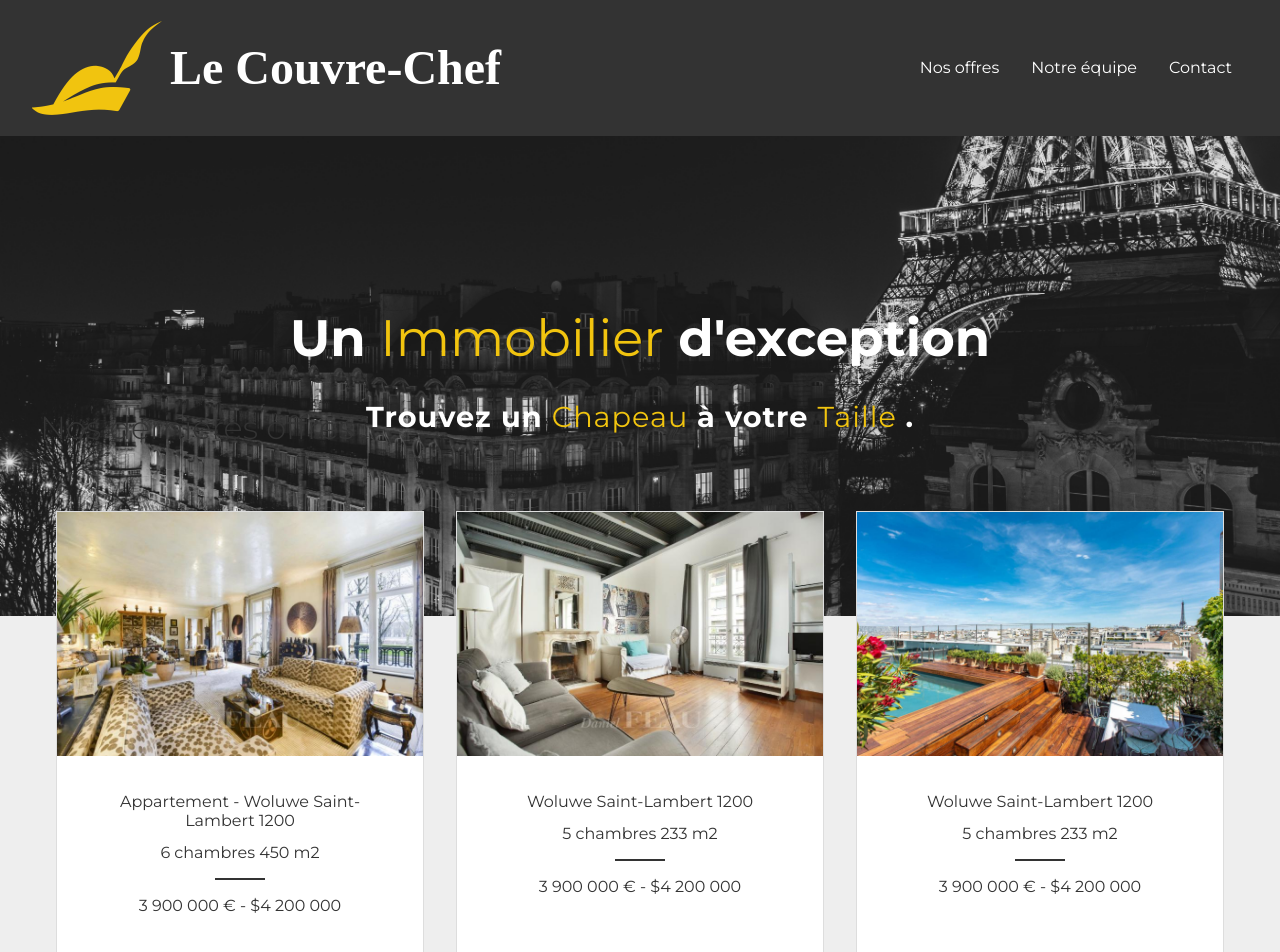
Repository: Hiliyeh/immo
Page: index.html
These files come from the project's save history. The page is drawn as it stood at one moment and after the next save; the edit follows.
The browser window is 1280 px wide. The pictures show the part of the page from y = 0 to 952 px (the page is 3707 px tall before and 3915 px after).
Some web fonts or font styles are not loaded; a fallback is used. Some web libraries are served in a nearby version.

Above is the page before, as saved 2020-05-06 15:39:22.

### index.html
<!DOCTYPE html>
<html lang="fr">
  <head>
    <meta charset="UTF-8" />
    <meta name="viewport" content="width=device-width, initial-scale=1.0" />
    <meta http-equiv="X-UA-Compatible" content="ie=edge" />
    <link rel="stylesheet" href="css/style.css" />
    <link
      rel="stylesheet"
      media="only screen and (max-width: 500px)"
      href="css/style.mobile.css"
    />
    <link
      href="https://fonts.googleapis.com/css?family=Long+Cang|Montserrat:300,400,700&display=swap"
      rel="stylesheet"
    />
    <script
      src="https://kit.fontawesome.com/83f4286022.js"
      crossorigin="anonymous"
    ></script>
    <title>Le Couvre-Chef</title>
  </head>
  <body>
    <div class="vp-container">
      <header>
        <h2 class="vp-logo">
          <i class="fab fa-pied-piper-hat"></i>
          <a href="#">Le Couvre-Chef</a>
        </h2>
        <ul>
          <li><a href="#offer">Nos offres</a></li>
          <li><a href="#team">Notre équipe</a></li>
          <li><a href="#contact">Contact</a></li>
        </ul>
      </header>
      <section class="vp">
        <div class="vp-content">
          <h1>Un <strong>Immobilier</strong> d'exception</h1>
          <p>
            Trouvez un <strong> Chapeau </strong> à votre
            <strong>Taille </strong>.
          </p>
        </div>
      </section>
      <!-- ... -->
      <section id="offer" class="offer">
        <div class="container">
          <h2 class="title">Nos dernieres offres</h2>
          <ul class="offer-list">
            <li class="offer-elem">
              <img
                src="./img/house-1.jpg"
                alt="house-1"
                class="offer-elem-img"
              />
              <div class="offer-elem-text">
                <p>Appartement - Woluwe Saint-Lambert 1200</p>
                <p>6 chambres 450 m2</p>
                <div class="offer-separator"></div>
                <p>3 900 000 € - $4 200 000</p>
              </div>
            </li>
            <li class="offer-elem">
              <img
                src="./img/house-2.jpg"
                alt="house-2"
                class="offer-elem-img"
              />
              <div class="offer-elem-text">
                <p>Woluwe Saint-Lambert 1200</p>
                <p>5 chambres 233 m2</p>
                <div class="offer-separator"></div>
                <p>3 900 000 € - $4 200 000</p>
              </div>
            </li>
            <li class="offer-elem">
              <img
                src="./img/house-3.jpg"
                alt="house-3"
                class="offer-elem-img"
              />
              <div class="offer-elem-text">
                <p>Woluwe Saint-Lambert 1200</p>
                <p>5 chambres 233 m2</p>
                <div class="offer-separator"></div>
                <p>3 900 000 € - $4 200 000</p>
              </div>
            </li>
          </ul>
        </div>
      </section>
      <!-- ... -->
      <!-- ... -->
      <section id="team" class="who">
        <div class="who-content-img"></div>

        <div class="who-content-text bg-dark">
          <h2>
            Une équipe de <strong>professionnels</strong> avec plus de 10 ans
            d'expérience
          </h2>
          <p>
            Lorem ipsum dolor sit amet consectetur adipisicing elit. Molestiae
            aliquam commodi expedita exercitationem recusandae minima blanditiis
            facilis et, distinctio voluptatibus laborum itaque voluptate vel
            earum ipsum totam dolorum veniam. Iusto repellat labore quisquam
            dicta ad doloribus inventore corrupti voluptas eligendi cupiditate
            at assumenda vitae, facere provident, deserunt beatae, consequuntur
            officiis?
          </p>
        </div>
      </section>
      <!-- ... -->
      <!-- ... -->
      <section class="testimonials">
        <div class="container">
          <div class="testimonials-content">
            <h2 class="title">Voici ce qu'ils pensent de nous</h2>
            <div class="testimonials-elem">
              <div class="testimonials-elem-text">
                <p>
                  <i class="fas fa-quote-left"></i>
                  Lorem ipsum, dolor sit amet consectetur adipisicing elit.
                  Velit, aperiam.
                  <i class="fas fa-quote-right"></i>
                </p>
              </div>
              <div class="testimonials-elem-profil">
                <img src="./img/person-3.jpg" alt="person-1" />
                <p>Jean Dupont</p>
                <em>CEO du gang</em>
              </div>
            </div>
            <div class="testimonials-elem testimonials-elem-reverse">
              <div class="testimonials-elem-profil">
                <img src="./img/person-2.jpg" alt="person-2" />
                <p>Arthur Lac</p>
                <em>Développeur Web</em>
              </div>
              <div class="testimonials-elem-text">
                <p>
                  <i class="fas fa-quote-left"></i>
                  Lorem, ipsum dolor sit amet consectetur adipisicing elit.
                  Recusandae illo quam saepe veritatis omnis quaerat ullam
                  animi. Alias excepturi velit maiores, adipisci incidunt labore
                  voluptatum quod, autem, architecto cupiditate id tempore
                  soluta ullam quia recusandae? Culpa, eius, voluptates corrupti
                  deleniti incidunt omnis error nulla perferendis blanditiis
                  quasi, perspiciatis iure vel?
                  <i class="fas fa-quote-right"></i>
                </p>
              </div>
            </div>
            <div class="testimonials-elem">
              <div class="testimonials-elem-text">
                <p>
                  <i class="fas fa-quote-left"></i>
                  Lorem ipsum dolor sit amet, consectetur adipisicing elit. Nam
                  exercitationem aut, reiciendis dolor, dolorem eius animi atque
                  maxime deleniti distinctio ex inventore rem cupiditate nostrum
                  a omnis, illum quasi delectus.
                  <i class="fas fa-quote-right"></i>
                </p>
              </div>
              <div class="testimonials-elem-profil">
                <img src="./img/person-1.jpg" alt="person-3" />
                <p>Julie Roux</p>
                <em>inconnue au bataillon</em>
              </div>
            </div>
          </div>
        </div>
      </section>
      <!-- ... -->
      <!-- ... -->
      <section id="contact" class="contact bg-dark">
        <form action="#" class="contact-form">
          <h2 class="title">Pour nous <strong>contacter</strong></h2>
          <input type="text" placeholder="Nom" name="name" id="name" />
          <input type="email" placeholder="Email" name="email" id="email" />
          <input
            type="text"
            placeholder="Votre message ..."
            name="message"
            id="message"
          />
          <div>
            <button>Soumettre</button>
          </div>
        </form>
      </section>
      <footer>
        <p>Copyright © 2020 Hiliyeh Bashir</p>
      </footer>
      <!-- ... -->
    </div>
  </body>
</html>

### css/style.CSS
* {
  margin: 0;
  padding: 0;
  box-sizing: border-box;
}

body {
  font-family: "Montserrat", sans-serif;
}

p {
  margin-bottom: 0.8rem;
}

h1,
h2,
h3,
h4 {
  margin-bottom: 1rem;
}

a {
  color: #333;
  text-decoration: none;
}


/* vp + header */

.vp-container {
  min-height: 100vh;
  display: flex;
  flex-direction: column;
}

header {
  padding: 1rem 2rem;
  background: #333;
  display: flex;
  flex-flow: row nowrap;
  justify-content: space-between;
  line-height: 1.8rem;
}

.vp-logo {
  margin-bottom: 0;
  font-family: "Long Cang", cursive;
  display: flex;
  flex-flow: row nowrap;
  justify-content: center;
  align-items: center;
}

.vp-logo i {
  color: #f1c40f;
  font-size: 6.5rem;
  margin-right: 0.5rem;
}

.vp-logo a {
  font-size: 3rem;
}

header ul {
  display: flex;
  flex-flow: row nowrap;
  align-items: center;
  list-style: none;
}

header ul li {
  padding: 1rem;
}

header ul li a:hover {
  color: #f1c40f;
}

header a {
  color: white;
}


/* ... */
strong {
  color: #f1c40f;
  font-weight: 400;
}
/* ... */
.vp {
  flex: auto;
  display: flex;
  flex-direction: column;
  justify-content: center;
  align-items: center;
  margin-bottom: -23rem;
  background: url("../img/frame.jpg") center/cover;
  min-height:30rem ;
}

.vp-content {
  max-width: 800px;
  text-align: center;
  color: white;
}

.vp-content h1 {
  font-size: 3.2rem;
  margin-bottom: 2rem;
}

.vp-content p {
  font-size: 1.8rem;
  font-weight: 600;
  letter-spacing: 1px;
  line-height: 2rem;
}
/* ... */
body {
  font-family: "Montserrat", sans-serif;
  background: #eee;
  color: #333;
}
/* ... */
ul {
  list-style: none;
}
/* ... */
/* class  */
.container {
  display: block;
  max-width: 1200px;
  margin: auto;
}

.title {
  font-weight: 300;
  font-size: 2rem;
  margin-bottom: 3rem;
}

/* ... */

/* Offer */

.offer {
  padding: 10rem 1rem;
}

.offer-list {
  display: flex;
  flex-flow: row nowrap;
  justify-content: space-between;
}

.offer-elem {
  border: 1px solid #ddd;
  background: white;
  margin: 1rem;
  flex: 1;
}

.offer-elem-img {
  width: 100%;
}

.offer-elem-text {
  padding: 2rem;
  text-align: center;
}

.offer-separator {
  margin: 1rem auto;
  height: 2px;
  width: 50px;
  background: #333;
}
/* ... */
/* class  */
/* ... */
.bg-dark {
  background: #333;
  color: white;
}
/* ... */
/* who */

.who {
  display: flex;
  flex-flow: row nowrap;
  min-height: 600px;
}

.who-content-img {
  flex: 1;
  background: url("../img/team.jpg") center/cover ;
}
.who-content-img img {
  width: 100%;

}

.who-content-text {
  flex: 1;
  padding: 4rem;
  display: flex;
  flex-direction: column;
  justify-content: center;
}

.who-content-text h2 {
  margin-bottom: 2rem;
}

.who-content-text p {
  font-size: 1.3rem;
  line-height: 1.8rem;
}

/* ... */
em {
  color: #555;
}
/* ... */
/* testimonials */

.testimonials {
  padding: 5rem 1rem;
}

.testimonials-content {
  display: flex;
  flex-direction: column;
}

.testimonials-elem {
  flex: 1;
  background: white;
  border-radius: 5px;
  padding: 2rem;
  display: flex;
  flex-flow: row nowrap;
  justify-content: space-between;
  align-items: center;
  margin-bottom: 1rem;
}

.testimonials-elem-text {
  padding: 0 2rem;
}
.testimonials-elem-text p i {
  margin: 0.2rem;
}

.testimonials-elem-profil-text p {
  font-weight: 700;
  margin-bottom: 0.5rem;
}

.testimonials-elem-profil img {
  width:100px;
  border-radius: 50px;
  margin-bottom: 0.5rem;
}

/* ... */
/* contact */

.contact {
  padding: 10rem 1rem;
  display: flex;
  flex-direction: column;
  align-items: center;
}

.contact-form {
  max-width: 600px;
  display: flex;
  flex-direction: column;
  width: 100%;
}

.contact-form input {
  background: #333;
  border: 0;
  border-bottom: 1px solid #555;
  padding: 1rem;
  font-size: 1.3rem;
  color: white;
  outline: 0;
  margin-bottom: 1rem;
}

.contact-form button {
  display: block;
  margin: 3rem auto;
  padding: 1rem 2rem;
  border: 0;
  border-radius: 30px;
  background: #f1c40f;
  color: white;
  font-weight: 700;
  font-size: 1.3rem;
  cursor: pointer;
}

.contact-form button:hover {
  background: red;
}

/* footer */

footer {
  background: #444;
  padding: 5rem 1rem;
  color: white;
  text-align: center;
}

footer p {
  margin-bottom: 0;
}

### css/style.mobile.css
@media (max-width: 500px) {
  /* class */

  .title {
    text-align: center;
  }

  /* vp + header */

  header {
    flex-direction: column;
  }

  header ul {
    flex-direction: column;
    text-align: center;
  }

  header ul li {
    margin-top: 1.5rem;
    padding: 0.5rem;
    border-bottom: 1px dotted #ddd;
  }

  .vp-content h1 {
    padding-top: 1rem;
    font-size: 2rem;
    margin-bottom: 2rem;
  }

  .vp-content p {
    font-size: 1.5rem;
    font-weight: 400;
  }

  /* offer */

  .offer {
    padding: 5rem 1rem;
    text-align: center;
  }

  .offer-list {
    flex-direction: column;
  }

  /* who */

  .who {
    flex-direction: column-reverse;
  }

  .who-content-img {
    min-height: 300px;
  }

  .who-content-text {
    padding: 4rem 2rem;
  }

  /* testimonials */

  .testimonials-elem {
    flex-direction: column;
  }

  .testimonials-elem-reverse {
    flex-direction: column-reverse;
  }

  .testimonials-elem-profil-text {
    text-align: center;
  }

  .testimonials-elem-profil img {
    display: block;
    margin: 2rem auto;
  }

  /* contact */

  .contact {
    padding: 5rem 1rem;
  }

  .contact-form button {
    margin: 3rem auto 0 auto;
  }
}

After the next save:
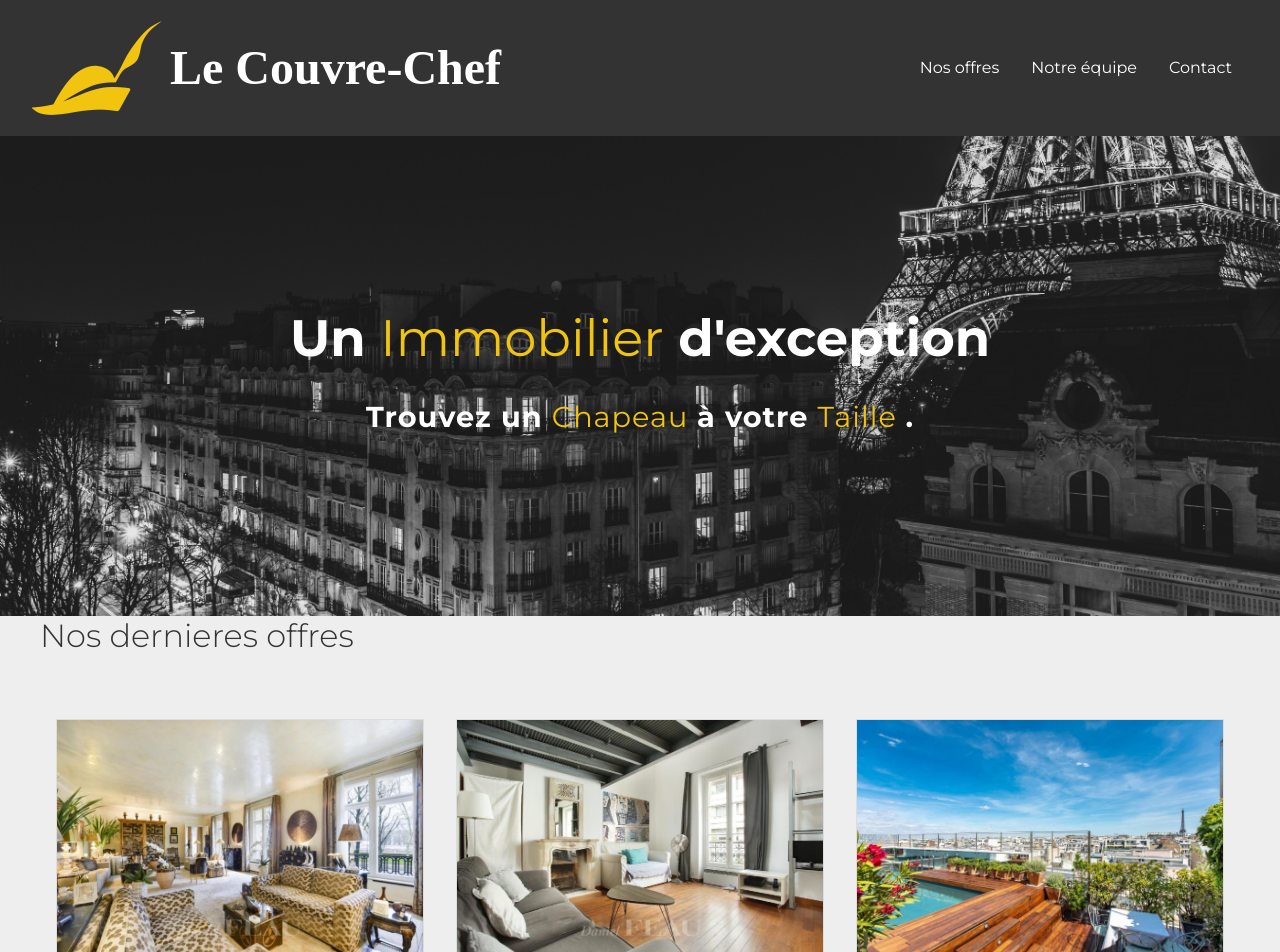
Saved 51 s later.
--- a/css/style.CSS
+++ b/css/style.CSS
@@ -93,7 +93,7 @@
   flex-direction: column;
   justify-content: center;
   align-items: center;
-  margin-bottom: -23rem;
+  margin-bottom: -10rem;
   background: url("../img/frame.jpg") center/cover;
   min-height:30rem ;
 }
